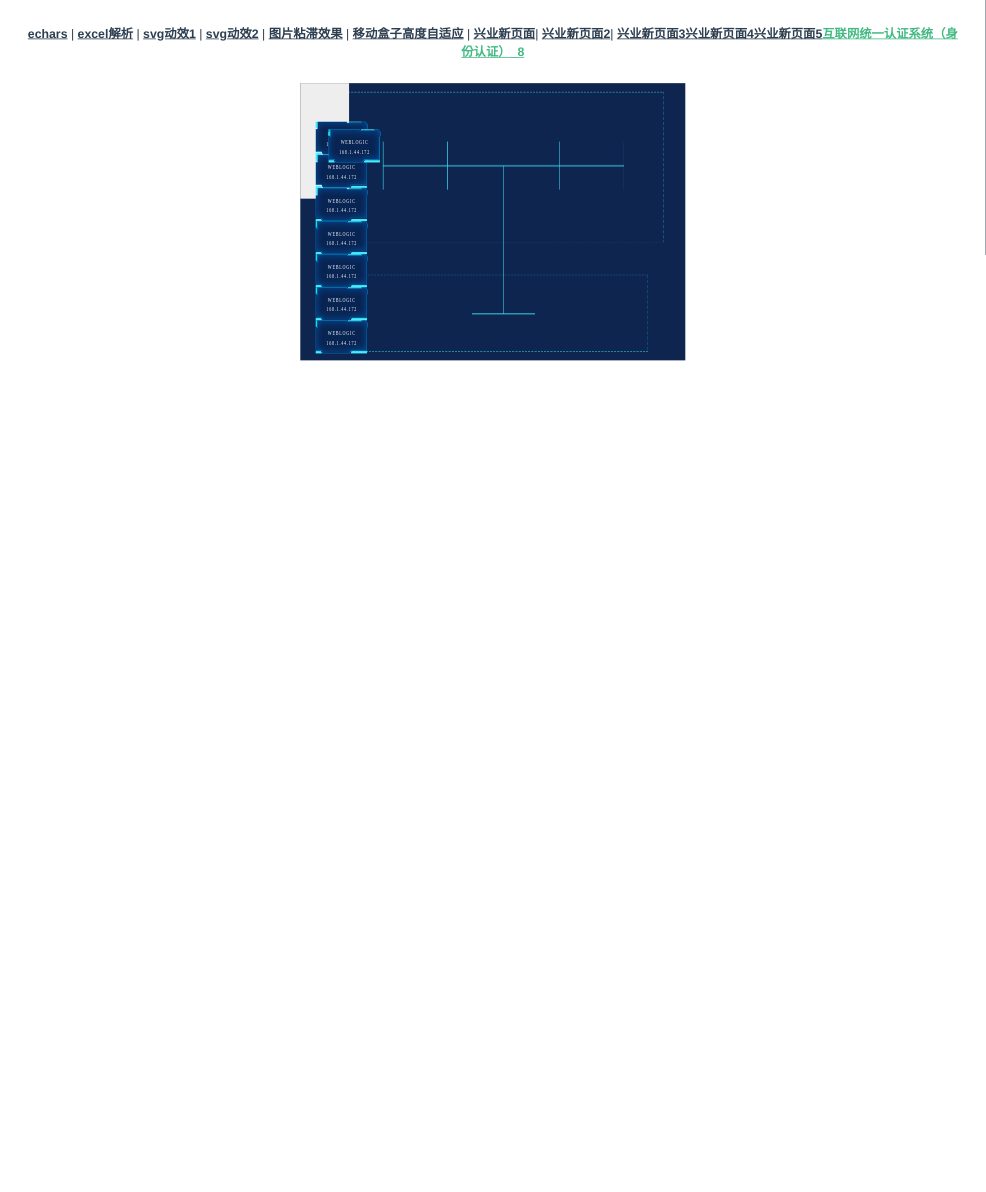
Repository: dmj199811/animation-dmj
Page: /#/work-page8
The author's editor kept a copy of each file at every save. The page is drawn from the files as they stood at one save, then again after the next save.
The browser window is 1280 px wide. The pictures show the whole page, at 77% of full size.
The project was rebuilt for these pictures with package versions that can differ from the ones it lists, and the page was loaded fresh each time.

Above is the page before, as saved 2020-07-04 23:13:45.

### src/App.vue
<template>
  <div id="app">
    <div id="nav"
         v-if="this.$store.state.pageShow">
      <router-link to="/">echars</router-link> |
      <router-link to="/xlsx-example">excel解析</router-link> |
      <router-link to="/svg-example1">svg动效1</router-link> |
      <router-link to="/svg-example2">svg动效2</router-link> |
      <router-link to="/work-message">图片粘滞效果</router-link> |
      <router-link to="/work-page2">移动盒子高度自适应</router-link> |
      <router-link to="/work-page3">兴业新页面</router-link>|
      <router-link to="/work-page4">兴业新页面2</router-link>|
      <router-link to="/work-page5">兴业新页面3</router-link>
      <router-link to="/work-page6">兴业新页面4</router-link>
      <router-link to="/work-page7">兴业新页面5</router-link>
      <router-link to="/work-page8">互联网统一认证系统（身份认证）_8</router-link>
    </div>
    <router-view />
  </div>
</template>

<style lang="less">
body {
  margin: 0;
}
#app {
  font-family: Avenir, Helvetica, Arial, sans-serif;
  -webkit-font-smoothing: antialiased;
  -moz-osx-font-smoothing: grayscale;
  text-align: center;
  color: #2c3e50;
}

#nav {
  padding: 30px;

  a {
    font-weight: bold;
    color: #2c3e50;

    &.router-link-exact-active {
      color: #42b983;
    }
  }
}
</style>

### src/router/index.js
import Vue from 'vue'
import VueRouter from 'vue-router'

Vue.use(VueRouter)

const routes = [
  {
    path: '/',
    redirect: '/circle-echarts',
  },
  {
    path: '/circle-echarts',
    name: 'ani2',
    component: () => import('../views/circle-echarts/index.vue')
  },
  {
    path: '/xlsx-example',
    name: 'xlsx1',
    component: () => import('../views/xlsx1/index.vue')
  },
  {
    path: '/svg-example1',
    name: 'svg1',
    component: () => import('../views/svg1/index.vue')
  },
  {
    path: '/svg-example2',
    name: 'svg2',
    component: () => import('../views/svg2/index.vue')
  },
  {
    path: '/work-message',
    name: 'message1',
    component: () => import('../views/work/message/index.vue')
  },
  {
    path: '/work-page2',
    name: 'show1',
    component: () => import('../views/work/show1/index.vue')
  },
  {
    path: '/work-page3',
    name: 'show2',
    component: () => import('../views/newPage/index.vue')
  },
  {
    path: '/work-page4',
    name: 'show2',
    component: () => import('../views/newPage2/index.vue')
  },
  {
    path: '/work-page5',
    name: 'show3',
    component: () => import('../views/newPage3/index.vue')
  },
  {
    path: '/work-page6',
    name: 'show4',
    component: () => import('../views/newPage4/index.vue')
  },
  {
    path: '/work-page7',
    name: 'show5',
    component: () => import('../views/newPage5/index.vue')
  },
  {
    path: '/work-page8',
    name: 'show6',
    component: () => import('../views/newPage6/index.vue')
  },
]

const router = new VueRouter({
  routes
})

export default router

### src/views/newPage6/index.vue
<template>
<!-- 互联网统一认证系统（身份认证）_8 -->
  <div class="box">
    <div class="use-box">
      <div class="use-box-top">
        <div class="use-box-top-content">
          <div class="use-box-top-item web1">
            <div>WEBLOGIC</div>
            <div>168.1.44.172</div>
          </div>
          <div class="use-box-top-item web2">
            <div>WEBLOGIC</div>
            <div>168.1.44.172</div>
          </div>
          <div class="use-box-top-item web3">
            <div>WEBLOGIC</div>
            <div>168.1.44.172</div>
          </div>
          <div class="use-box-top-item web4">
            <div>WEBLOGIC</div>
            <div>168.1.44.172</div>
          </div>
          <div class="use-box-top-item web5">
            <div>WEBLOGIC</div>
            <div>168.1.44.172</div>
          </div>
          <div class="use-box-top-item web6">
            <div>WEBLOGIC</div>
            <div>168.1.44.172</div>
          </div>
          <div class="use-box-top-item web7">
            <div>WEBLOGIC</div>
            <div>168.1.44.172</div>
          </div>
          <div class="use-box-top-item web8">
            <div>WEBLOGIC</div>
            <div>168.1.44.172</div>
          </div>

        </div>

      </div>
    </div>
  </div>

</template>
<script>
export default {
  data () {
    return {}
  },
  mounted () {
    this.fullScreen()
    let a = {
      'ATM系统': 'N',
      '网上银行域': 'E',
      'IC借记卡系统': 'N',
      'CFP系统': 'W',
      '电话银行域': 'E',
      '金卡系统': 'N',
      '零售信贷系统': 'W',
      '联机交易转发平台': 'N',
      '核心联机交易平台': 'E',
      'OFEP': 'W',
      '会计辅助管理系统': 'W',
      '业务策略管控平台': 'E',
      '历史检索系统': 'N',
      '企业数据集成平台': 'N',
      '银联数据综合前置系统': 'E',
      '理财卡外包制卡系统': 'W',
      '数据仓库系统': 'E',
      '统一报表系统': 'W',
      '企业CRM系统': 'N'
    }

    this.dataToArray(a)
    window.onresize = () => {
      this.fullScreen()
    }
  },
  methods: {
    fullScreen () {
      $('.box').css('transform', `scale(${document.documentElement.clientWidth / 3840},${document.documentElement.clientHeight / 1440})`)
    },
    dataToArray (data) {

    }
  }
}
</script>
<style lang="less">
.box {
  text-align: left;
  transform-origin: 0 0;
  width: 3840px;
  height: 1440px;
}
.use-box {
  font-size: 18px;
  width: 1500px;
  box-sizing: border-box;
  height: 720px;
  background: #0e2550;
  margin: 0 auto;
  color: white;
  background-image: url(./img/bg-line.png);
  background-size: 100% 100%;
  position: relative;
}
.use-box div {
  box-sizing: border-box;
}
.use-box-top {
  width: 190px;
  height: 300px;
  box-sizing: border-box;

  padding-top: 100px;
  background-color: #eee;


}

.use-box-top-content {

  // background-color: #e9e9;


}

.use-box-top-item {
  width: 203px;
  height: 86px;
  text-align: center;
  background-image: url(./img/leftBlue.png);
  background-size: 100% 100%;
  font-size:16px;
  letter-spacing: 3px;
  font-family:Adobe Heiti Std;
  font-weight:normal;
  color:rgba(255,255,255,1);
  line-height:25px;
  padding-top: 20px;
  margin-left: 60px;

}

.use-box-top-content .web1 {
  position: absolute;
  top: 120px;
  left: 50px;
}

</style>

Loaded but not shown: public/index.html (common file); src/main.js (common file); src/store/index.js (common file)

After the next save:
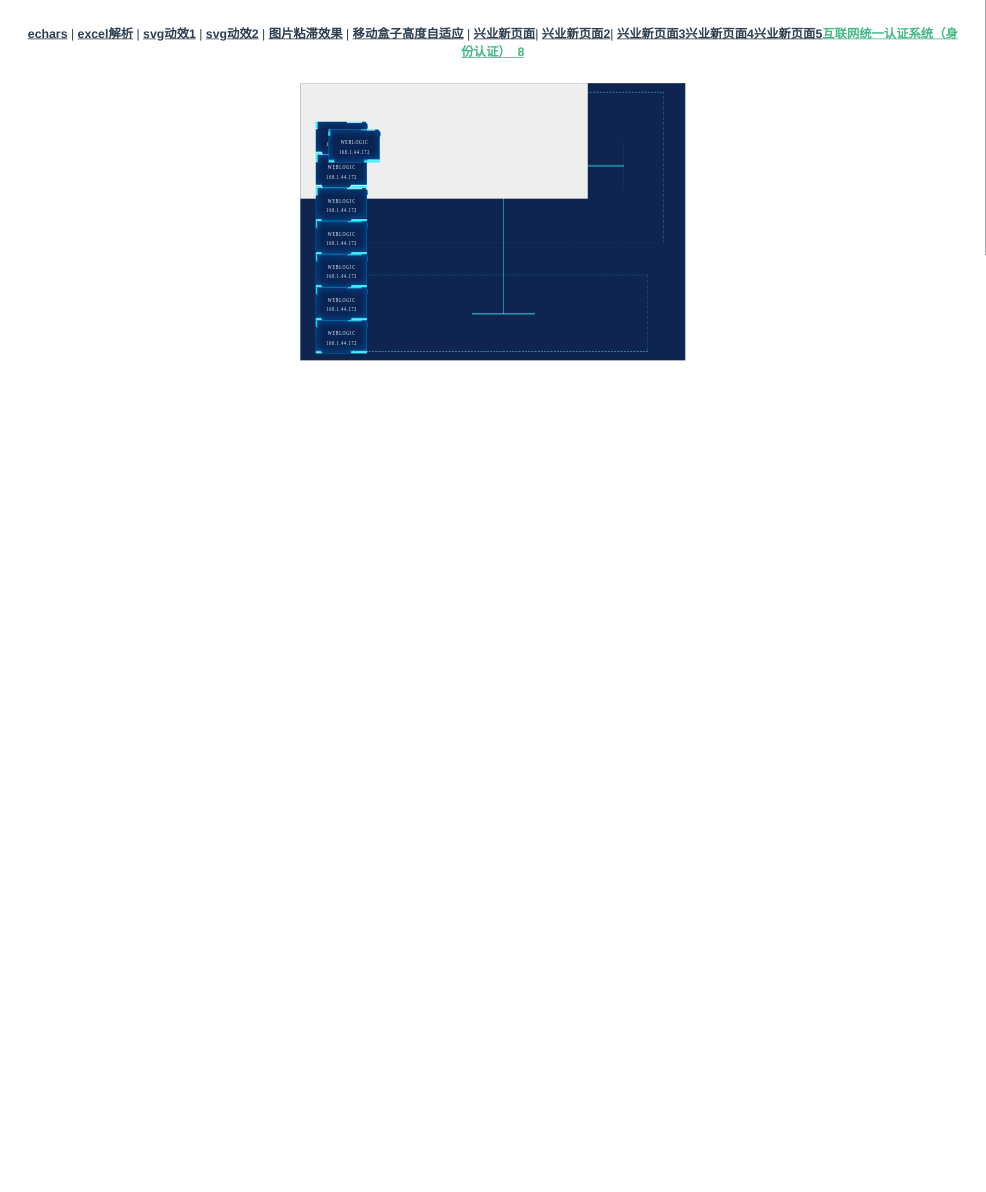
Saved 19 s later.
--- a/src/views/newPage6/index.vue
+++ b/src/views/newPage6/index.vue
@@ -111,7 +111,7 @@ export default {
   box-sizing: border-box;
 }
 .use-box-top {
-  width: 190px;
+  width: 1120px;
   height: 300px;
   box-sizing: border-box;
 
